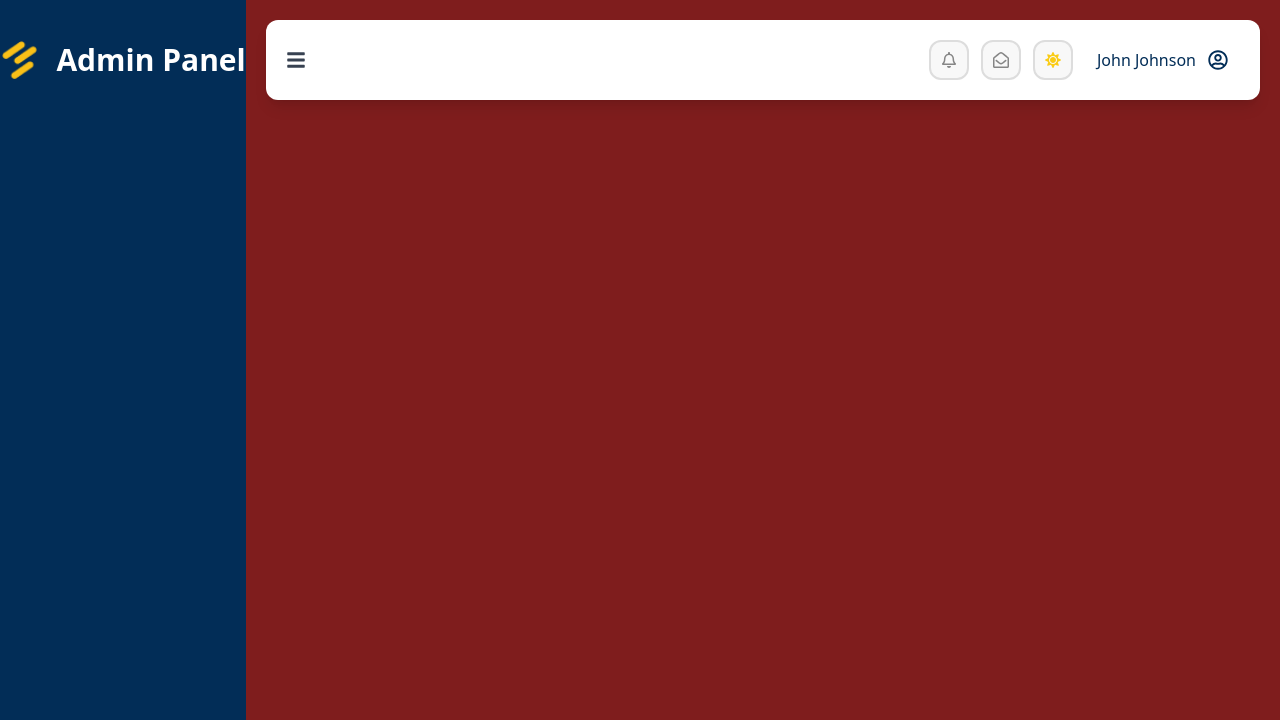
Repository: farrelmuhammad/redesign-bo
Page: /
An editor plug-in stored every save of this project. The page is shown before and after the next save, followed by the edit.
The browser window is 1280 px wide. The pictures show the whole page.
The project was rebuilt for these pictures with package versions that can differ from the ones it lists, and the page was loaded fresh each time. Also part of the build but not shown: src/App.css.

Above is the page before, as saved 2024-03-02 19:37:32.

After the next save:
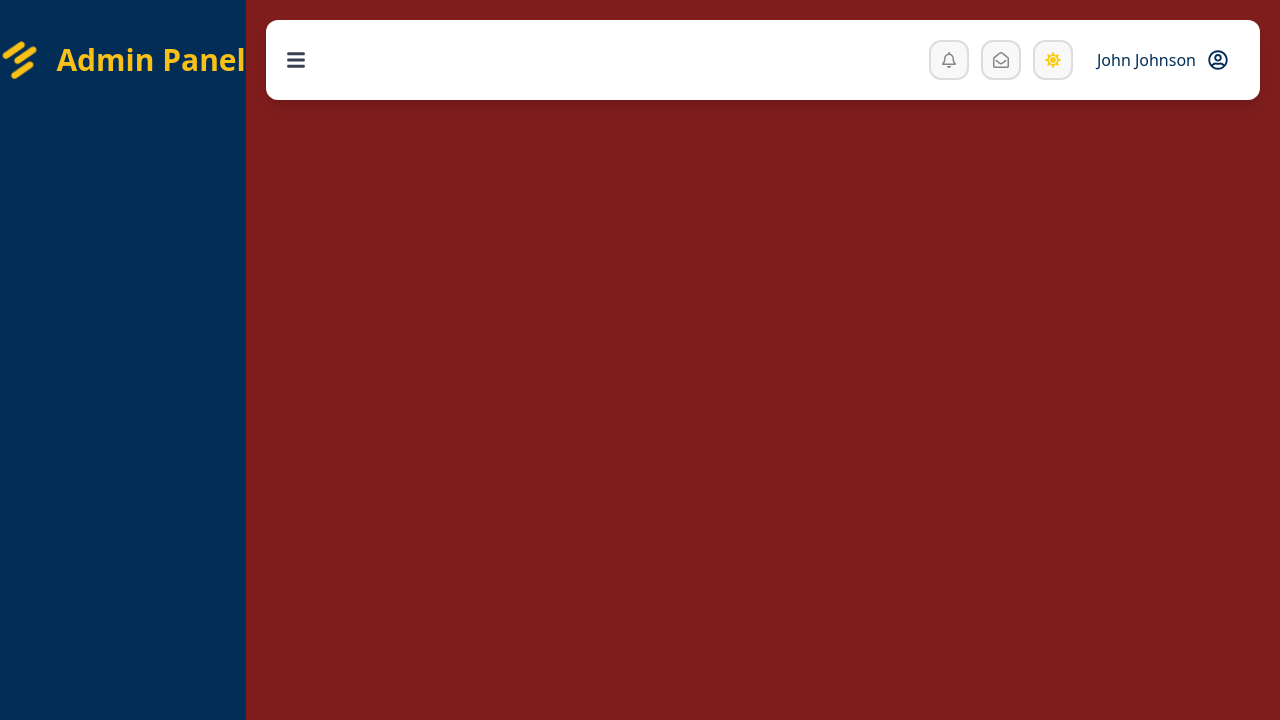
Saved 57 s later.
--- a/src/components/Sidebar.tsx
+++ b/src/components/Sidebar.tsx
@@ -6,7 +6,7 @@ const Sidebar = () => {
     <aside className='flex flex-col h-full w-1/4 justify-start items-center bg-[#022D57] py-5'>
         <div className="flex flex-row h-20 justify-start gap-4 items-center">
             <img className="h-10 w-10" src={Logo} alt="" />
-            <h1 className='font-bold text-3xl'>Admin Panel</h1>
+            <h1 className='font-bold text-3xl text-[#F9C017]'>Admin Panel</h1>
         </div>
     </aside>
   )
